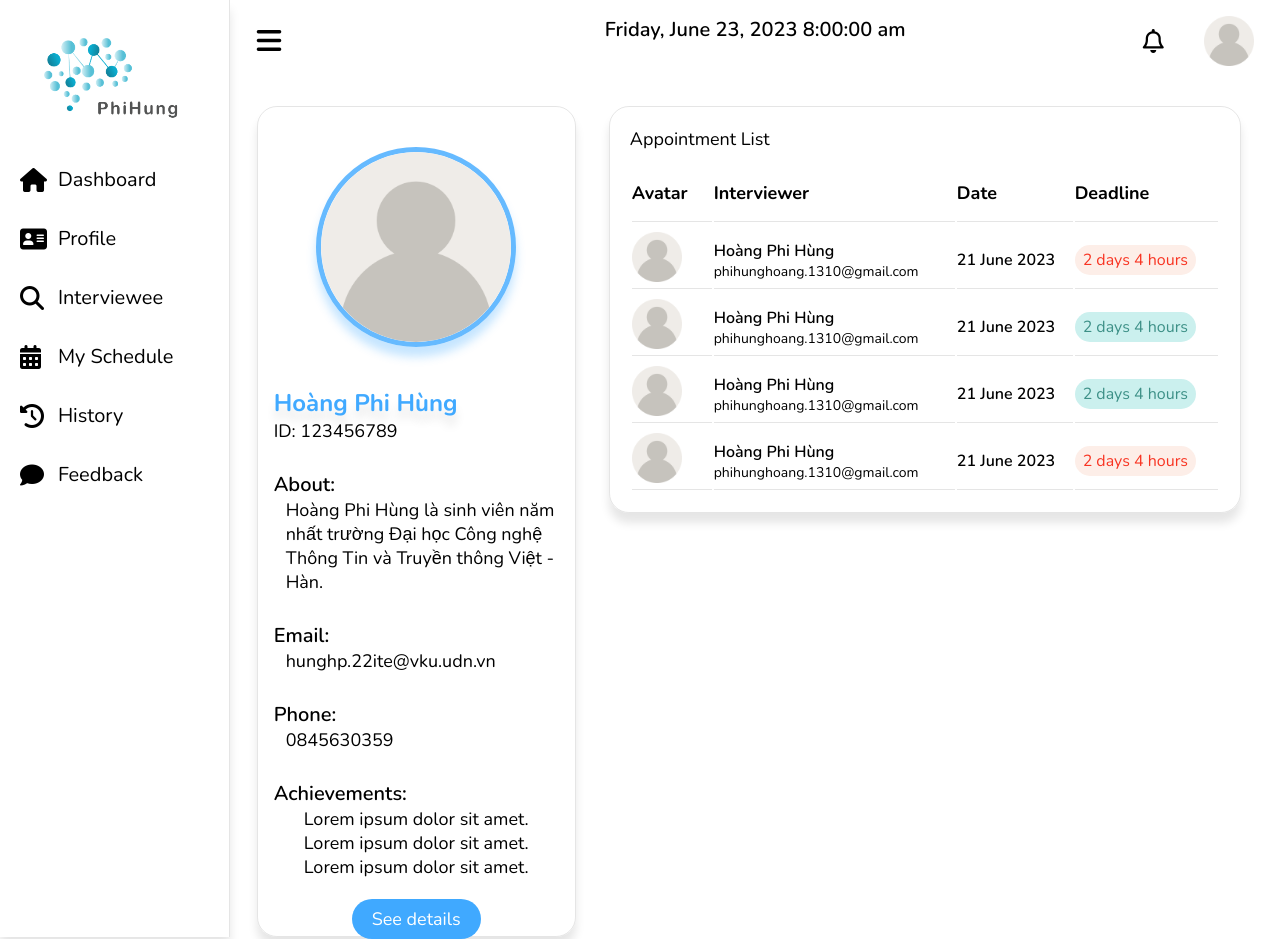
Repository: hphihungit/InterviewService
Page: interviewee.html
These files come from the project's save history. The page is drawn as it stood at one moment and after the next save; the edit follows.
The browser window is 1280 px wide. The pictures show the whole page.

Above is the page before, as saved 2023-06-01 01:09:54.

### interviewee.html
<!DOCTYPE html>
<html lang="en">
<head>
    <meta charset="UTF-8">
    <meta http-equiv="X-UA-Compatible" content="IE=edge">
    <meta name="viewport" content="width=device-width, initial-scale=1.0">
    <title>Document</title>
    <link rel="stylesheet" href="assets/css/grid.css">
    <link rel="stylesheet" href="assets/css/base.css">
    <link rel="stylesheet" href="https://cdnjs.cloudflare.com/ajax/libs/font-awesome/6.4.0/css/all.min.css" integrity="sha512-iecdLmaskl7CVkqkXNQ/ZH/XLlvWZOJyj7Yy7tcenmpD1ypASozpmT/E0iPtmFIB46ZmdtAc9eNBvH0H/ZpiBw==" crossorigin="anonymous" referrerpolicy="no-referrer"/>
    <link rel="preconnect" href="https://fonts.googleapis.com">
    <link rel="preconnect" href="https://fonts.gstatic.com" crossorigin>
    <link href="https://fonts.googleapis.com/css2?family=Nunito:wght@200;300;400;500;600;700;800;900;1000&display=swap" rel="stylesheet">
    <link rel="stylesheet" href="assets/css/interviewee.css">
</head>
<body>
    <div id="main">
        <div class="dashboard">
            <div class="dashboard__logo"></div>
            <ul class="dashboard__list">
                <li class="dashboard__item">
                    <a href="" class="icon__link">
                        <i class="fa-solid fa-house"></i>
                    </a>
                    <a href="" class="link">Dashboard</a>
                </li>
                <li class="dashboard__item">
                    <a href="" class="icon__link">
                        <i class="fa-solid fa-address-card"></i>
                    </a>
                    <a href="" class="link">Profile</a>
                </li>
                <li class="dashboard__item">
                    <a href="" class="icon__link">
                        <i class="fa-solid fa-magnifying-glass"></i>
                    </a>
                    <a href="" class="link">Interviewee</a>
                </li>
                <li class="dashboard__item">
                    <a href="" class="icon__link">
                        <i class="fa-solid fa-calendar-days"></i>
                    </a>
                    <a href="" class="link">My Schedule</a>
                </li>
                <li class="dashboard__item">
                    <a href="" class="icon__link">
                        <i class="fa-solid fa-clock-rotate-left"></i>
                    </a>
                    <a href="" class="link">History</a>
                </li>
                <li class="dashboard__item">
                    <a href="" class="icon__link">
                        <i class="fa-solid fa-comment"></i>
                    </a>
                    <a href="" class="link">Feedback</a>
                </li>
            </ul>
        </div>

        <div class="container">
            <div class="header">
                <div class="header__icon">
                    <label class="fa-solid fa-bars header__label"></label>
                </div>

                <div class="header__time">
                    Friday, June 23, 2023 8:00:00 am
                </div>

                <div class="header__news">
                    <label class="fa-regular fa-bell header__label--bell"></label>
                    <div class="header__avatar">
                        <img src="assets/img/user.png" alt="">
                    </div>
                </div>
            </div>

            <div class="about">
                <div class="cv">
                    <div class="cv__avatar">
                        <img src="assets/img/user.png" alt="">
                    </div>

                    <div class="cv__name">
                        <p class="cv__name--interviewee">Hoàng Phi Hùng</p>
                        <p class="cv__id">ID: 123456789</p>
                    </div>

                    <div class="cv__about">
                        <p class="cv__about--title">About: </p>
                        <p class="cv__about--content">
                            Hoàng Phi Hùng là sinh viên năm nhất trường Đại học Công nghệ Thông Tin và Truyền thông Việt - Hàn.
                        </p>
                    </div>

                    <div class="cv__email">
                        <p class="cv__email--title">Email: </p>
                        <p class="cv__email--content">hunghp.22ite@vku.udn.vn</p>
                    </div>

                    <div class="cv__phone">
                        <p class="cv__phone--title">Phone: </p>
                        <p class="cv__phone--content">0845630359</p>
                    </div>

                    <div class="cv__info">
                        <p class="cv__info--title">Achievements: </p>
                        <ul class="cv__info--list">
                            <li class="cv__info--item">Lorem ipsum dolor sit amet.</li>
                            <li class="cv__info--item">Lorem ipsum dolor sit amet.</li>
                            <li class="cv__info--item">Lorem ipsum dolor sit amet.</li>
                        </ul>
                    </div>

                    <div class="cv__all">
                        <a href="" class="btn--cv--all">See details</a>
                    </div>
                </div>

                <div class="info">
                    <div class="appointment">
                        <div class="appointment__title">
                            Appointment List
                        </div>

                        <table>
                            <thead>
                                <th>Avatar</th>
                                <th>Interviewer</th>
                                <th>Date</th>
                                <th>Deadline</th>
                            </thead>

                            <tbody>
                                <tr>
                                    <td>
                                        <img src="assets/img/user.png" alt="">
                                    </td>
                                    <td>
                                        <p class="name">Hoàng Phi Hùng</p>
                                        <p class="email">phihunghoang.1310@gmail.com</p>
                                    </td>
                                    <td>
                                        <span class="date">21 June 2023</span>
                                    </td>
                                    <td>
                                        <span class="overdue">2 days 4 hours</span>
                                    </td>
                                </tr>
                                <tr>
                                    <td>
                                        <img src="assets/img/user.png" alt="">
                                    </td>
                                    <td>
                                        <p class="name">Hoàng Phi Hùng</p>
                                        <p class="email">phihunghoang.1310@gmail.com</p>
                                    </td>
                                    <td>
                                        <span class="date">21 June 2023</span>
                                    </td>
                                    <td>
                                        <span class="due">2 days 4 hours</span>
                                    </td>
                                </tr>
                                <tr>
                                    <td>
                                        <img src="assets/img/user.png" alt="">
                                    </td>
                                    <td>
                                        <p class="name">Hoàng Phi Hùng</p>
                                        <p class="email">phihunghoang.1310@gmail.com</p>
                                    </td>
                                    <td>
                                        <span class="date">21 June 2023</span>
                                    </td>
                                    <td>
                                        <span class="due">2 days 4 hours</span>
                                    </td>
                                </tr>
                                <tr>
                                    <td>
                                        <img src="assets/img/user.png" alt="">
                                    </td>
                                    <td>
                                        <p class="name">Hoàng Phi Hùng</p>
                                        <p class="email">phihunghoang.1310@gmail.com</p>
                                    </td>
                                    <td>
                                        <span class="date">21 June 2023</span>
                                    </td>
                                    <td>
                                        <span class="overdue">2 days 4 hours</span>
                                    </td>
                                </tr>
                            </tbody>
                        </table>
                    </div>
                </div>
            </div>
        </div>
    </div>
</body>
</html>

### assets/css/grid.css
.grid {
    width: 90%;
    display: block;
    padding: 0;
    margin: 0 auto;
}

.row {
    display: flex;
    flex-wrap: wrap;
    margin-left: -4px;
    margin-right: -4px;
}

.row.no-gutters {
    margin-left: 0;
    margin-right: 0;
}

.col {
    padding-left: 4px;
    padding-right: 4px;
}

.row.no-gutters .col {
    padding-left: 0;
    padding-right: 0;
}

.c-0 {
    display: none;
}

.c-1 {
    flex: 0 0 8.33333%;
    max-width: 8.33333%;
}

.c-2 {
    flex: 0 0 16.66667%;
    max-width: 16.66667%;
}

.c-3 {
    flex: 0 0 25%;
    max-width: 25%;
}

.c-4 {
    flex: 0 0 33.33333%;
    max-width: 33.33333%;
}

.c-5 {
    flex: 0 0 41.66667%;
    max-width: 41.66667%;
}

.c-6 {
    flex: 0 0 50%;
    max-width: 50%;
}

.c-7 {
    flex: 0 0 58.33333%;
    max-width: 58.33333%;
}

.c-8 {
    flex: 0 0 66.66667%;
    max-width: 66.66667%;
}

.c-9 {
    flex: 0 0 75%;
    max-width: 75%;
}

.c-10 {
    flex: 0 0 83.33333%;
    max-width: 83.33333%;
}

.c-11 {
    flex: 0 0 91.66667%;
    max-width: 91.66667%;
}

.c-12 {
    flex: 0 0 100%;
    max-width: 100%;
}

.c-o-1 {
    margin-left: 8.33333%;
}

.c-o-2 {
    margin-left: 16.66667%;
}

.c-o-3 {
    margin-left: 25%;
}

.c-o-4 {
    margin-left: 33.33333%;
}

.c-o-5 {
    margin-left: 41.66667%;
}

.c-o-6 {
    margin-left: 50%;
}

.c-o-7 {
    margin-left: 58.33333%;
}

.c-o-8 {
    margin-left: 66.66667%;
}

.c-o-9 {
    margin-left: 75%;
}

.c-o-10 {
    margin-left: 83.33333%;
}

.c-o-11 {
    margin-left: 91.66667%;
}

/* >= Tablet */
@media (min-width: 740px) {
    .row {
        margin-left: -8px;
        margin-right: -8px;
    }

    .col {
        padding-left: 8px;
        padding-right: 8px;
    }

    .m-0 {
        display: none;
    }

    .m-1,
    .m-2,
    .m-3,
    .m-4,
    .m-5,
    .m-6,
    .m-7,
    .m-8,
    .m-9,
    .m-10,
    .m-11,
    .m-12 {
        display: block;
    }

    .m-1 {
        flex: 0 0 8.33333%;
        max-width: 8.33333%;
    }

    .m-2 {
        flex: 0 0 16.66667%;
        max-width: 16.66667%;
    }

    .m-3 {
        flex: 0 0 25%;
        max-width: 25%;
    }

    .m-4 {
        flex: 0 0 33.33333%;
        max-width: 33.33333%;
    }

    .m-5 {
        flex: 0 0 41.66667%;
        max-width: 41.66667%;
    }

    .m-6 {
        flex: 0 0 50%;
        max-width: 50%;
    }

    .m-7 {
        flex: 0 0 58.33333%;
        max-width: 58.33333%;
    }

    .m-8 {
        flex: 0 0 66.66667%;
        max-width: 66.66667%;
    }

    .m-9 {
        flex: 0 0 75%;
        max-width: 75%;
    }

    .m-10 {
        flex: 0 0 83.33333%;
        max-width: 83.33333%;
    }

    .m-11 {
        flex: 0 0 91.66667%;
        max-width: 91.66667%;
    }

    .m-12 {
        flex: 0 0 100%;
        max-width: 100%;
    }

    .m-o-1 {
        margin-left: 8.33333%;
    }

    .m-o-2 {
        margin-left: 16.66667%;
    }

    .m-o-3 {
        margin-left: 25%;
    }

    .m-o-4 {
        margin-left: 33.33333%;
    }

    .m-o-5 {
        margin-left: 41.66667%;
    }

    .m-o-6 {
        margin-left: 50%;
    }

    .m-o-7 {
        margin-left: 58.33333%;
    }

    .m-o-8 {
        margin-left: 66.66667%;
    }

    .m-o-9 {
        margin-left: 75%;
    }

    .m-o-10 {
        margin-left: 83.33333%;
    }

    .m-o-11 {
        margin-left: 91.66667%;
    }
}

/* PC medium resolution > */
@media (min-width: 1113px) {
    .row {
        margin-left: -12px;
        margin-right: -12px;
    }

    .row.sm-gutter {
        margin-left: -5px;
        margin-right: -5px;
    }

    .col {
        padding-left: 12px;
        padding-right: 12px;
    }

    .row.sm-gutter .col {
        padding-left: 5px;
        padding-right: 5px;
    }

    .l-0 {
        display: none;
    }

    .l-1,
    .l-2,
    .l-2-4,
    .l-3,
    .l-4,
    .l-5,
    .l-6,
    .l-7,
    .l-8,
    .l-9,
    .l-10,
    .l-11,
    .l-12 {
        display: block;
    }

    .l-1 {
        flex: 0 0 8.33333%;
        max-width: 8.33333%;
    }

    .l-2 {
        flex: 0 0 16.66667%;
        max-width: 16.66667%;
    }

    .l-2-4 {
        flex: 0 0 20%;
        max-width: 20%;
    }

    .l-3 {
        flex: 0 0 25%;
        max-width: 25%;
    }

    .l-4 {
        flex: 0 0 33.33333%;
        max-width: 33.33333%;
    }

    .l-5 {
        flex: 0 0 41.66667%;
        max-width: 41.66667%;
    }

    .l-6 {
        flex: 0 0 50%;
        max-width: 50%;
    }

    .l-7 {
        flex: 0 0 58.33333%;
        max-width: 58.33333%;
    }

    .l-8 {
        flex: 0 0 66.66667%;
        max-width: 66.66667%;
    }

    .l-9 {
        flex: 0 0 75%;
        max-width: 75%;
    }

    .l-10 {
        flex: 0 0 83.33333%;
        max-width: 83.33333%;
    }

    .l-11 {
        flex: 0 0 91.66667%;
        max-width: 91.66667%;
    }

    .l-12 {
        flex: 0 0 100%;
        max-width: 100%;
    }

    .l-o-1 {
        margin-left: 8.33333%;
    }

    .l-o-2 {
        margin-left: 16.66667%;
    }

    .l-o-3 {
        margin-left: 25%;
    }

    .l-o-4 {
        margin-left: 33.33333%;
    }

    .l-o-5 {
        margin-left: 41.66667%;
    }

    .l-o-6 {
        margin-left: 50%;
    }

    .l-o-7 {
        margin-left: 58.33333%;
    }

    .l-o-8 {
        margin-left: 66.66667%;
    }

    .l-o-9 {
        margin-left: 75%;
    }

    .l-o-10 {
        margin-left: 83.33333%;
    }

    .l-o-11 {
        margin-left: 91.66667%;
    }
}

/* Tablet - PC low resolution */
@media (min-width: 740px) and (max-width: 1023px) {
    .wide {
        width: 644px;
    }
}

/* > PC low resolution */
@media (min-width: 1024px) and (max-width: 1239px) {
    .wide {
        width: 984px;
    }

    .wide .row {
        margin-left: -12px;
        margin-right: -12px;
    }

    .wide .row.sm-gutter {
        margin-left: -5px;
        margin-right: -5px;
    }

    .wide .col {
        padding-left: 12px;
        padding-right: 12px;
    }

    .wide .row.sm-gutter .col {
        padding-left: 5px;
        padding-right: 5px;
    }

    .wide .l-0 {
        display: none;
    }

    .wide .l-1,
    .wide .l-2,
    .wide .l-2-4,
    .wide .l-3,
    .wide .l-4,
    .wide .l-5,
    .wide .l-6,
    .wide .l-7,
    .wide .l-8,
    .wide .l-9,
    .wide .l-10,
    .wide .l-11,
    .wide .l-12 {
        display: block;
    }

    .wide .l-1 {
        flex: 0 0 8.33333%;
        max-width: 8.33333%;
    }

    .wide .l-2 {
        flex: 0 0 16.66667%;
        max-width: 16.66667%;
    }

    .wide .l-2-4 {
        flex: 0 0 20%;
        max-width: 20%;
    }

    .wide .l-3 {
        flex: 0 0 25%;
        max-width: 25%;
    }

    .wide .l-4 {
        flex: 0 0 33.33333%;
        max-width: 33.33333%;
    }

    .wide .l-5 {
        flex: 0 0 41.66667%;
        max-width: 41.66667%;
    }

    .wide .l-6 {
        flex: 0 0 50%;
        max-width: 50%;
    }

    .wide .l-7 {
        flex: 0 0 58.33333%;
        max-width: 58.33333%;
    }

    .wide .l-8 {
        flex: 0 0 66.66667%;
        max-width: 66.66667%;
    }

    .wide .l-9 {
        flex: 0 0 75%;
        max-width: 75%;
    }

    .wide .l-10 {
        flex: 0 0 83.33333%;
        max-width: 83.33333%;
    }

    .wide .l-11 {
        flex: 0 0 91.66667%;
        max-width: 91.66667%;
    }

    .wide .l-12 {
        flex: 0 0 100%;
        max-width: 100%;
    }

    .wide .l-o-1 {
        margin-left: 8.33333%;
    }

    .wide .l-o-2 {
        margin-left: 16.66667%;
    }

    .wide .l-o-3 {
        margin-left: 25%;
    }

    .wide .l-o-4 {
        margin-left: 33.33333%;
    }

    .wide .l-o-5 {
        margin-left: 41.66667%;
    }

    .wide .l-o-6 {
        margin-left: 50%;
    }

    .wide .l-o-7 {
        margin-left: 58.33333%;
    }

    .wide .l-o-8 {
        margin-left: 66.66667%;
    }

    .wide .l-o-9 {
        margin-left: 75%;
    }

    .wide .l-o-10 {
        margin-left: 83.33333%;
    }

    .wide .l-o-11 {
        margin-left: 91.66667%;
    }
}

### assets/css/base.css
:root {
    --white-color: #fff;
    --black-color: #000;
    --blue-color : #40a9ff;
    --text-color: #8f8f8f;
    --scale: 1px;
}

* {
    padding: 0;
    margin: 0;
    box-sizing: border-box;
    text-decoration: none;
    list-style-type: none;
}

html, body {
    font-size: 18px;
    font-family: 'Nunito', sans-serif;
    scroll-behavior: smooth;
}

### assets/css/interviewee.css
#main {
    width: 100%;
    display: flex;
}

.dashboard {
    width: 18%;
    min-height: 0;
    border-right: 1px solid rgba(0, 0, 0, 0.1);
    box-shadow: 0 10px 10px rgba(0, 0, 0, 0.1);
}

.dashboard__logo {
    width: 100%;
    height: 150px;
    background-image: url('../img/logo.png');
    background-repeat: no-repeat;
    background-size: 50%;
    background-size: 62%;
    background-position: 50% 85%;
}

.dashboard__list {
    width: 100%;
}

.dashboard__item {
    border-radius: 25px 0 0 25px;
    display: flex;
    width: 100%;
    padding: 0px 20px;
}

.dashboard__item:hover {
    background-color: var(--blue-color);
}

.dashboard__item:hover .link,
.dashboard__item:hover .icon__link {
    color: #fff;
}

.icon__link {
    display: flex;
    align-items: center;
    width: 20%;
    font-size: 24px;
    color: #000;
}

.link {
    display: inline-block;
    width: 80%;
    font-size: 20px;
    padding: 16px 0px;
    color: #000;
}

.container {
    width: 82%;
}

.header {
    width: 95%;
    margin: 0 auto;
    display: flex;
    justify-content: space-between;
    margin-top: 16px;
}

.header__icon {
    width: 32%;
    display: flex;
    justify-content: space-between;
    align-items: center;
}

.header__label {
    font-size: 28px;
}

.header__time {
    width: 32%;
    text-align: center;
    font-size: 20px;
    font-weight: 600;
}

.header__news {
    width: 32%;
    display: flex;
    justify-content: flex-end;
    align-items: center;
}

.header__label--bell {
    font-size: 24px;
    position: relative;
    padding-right: 40px;
}

.header__avatar {
    display: flex;
    justify-content: flex-end;
    align-items: center;
}

.header__avatar img {
    width: 50px;
    height: 50px;
}

.about {
    display: flex;
    justify-content: space-between;
    width: 95%;
    margin: 0 auto;
    margin-top: 40px;
}

.cv {
    width: 32%;
    max-height: 831px;
    border: 1px solid rgba(0, 0, 0, 0.1);
    border-radius: 20px;
    box-shadow: 0 10px 10px rgba(0, 0, 0, 0.1);
    padding: 0px 16px;
}

.cv__avatar {
    width: 100%;
    display: flex;
    justify-content: center;
    align-items: center;
    padding: 20px 0px;
    padding-top: 40px;
}

.cv__avatar img {
    width: 200px;
    height: 200px;
    border: 5px solid rgba(64, 169, 255, 0.8);
    border-radius: 50%;
    box-shadow: 0 10px 10px rgba(64, 169, 255, 0.3);;
}

.cv__name,
.cv__about,
.cv__email,
.cv__phone,
.cv__info {
    width: 100%;
    margin-top: 20px;
    margin-bottom: 28px;
}

.cv__name--interviewee {
    font-size: 24px;
    font-weight: 700;
    text-shadow: 0 10px 10px rgba(0, 0, 0, 0.1);
    color: var(--blue-color);
}

.cv__about--title,
.cv__email--title,
.cv__phone--title,
.cv__info--title {
    font-size: 20px;
    font-weight: 600;
}

.cv__about--content,
.cv__email--content,
.cv__phone--content {
    padding-left: 12px;
}

.cv__info--item {
    text-align: center;
}

.cv__all {
    width: 90%;
    margin: 0 auto;
    margin-bottom: 20px;
    text-align: center;
}

.btn--cv--all {
    padding: 8px 20px;
    border-radius: 20px;
    background-color: var(--blue-color);
    color: #fff;
}

.btn--cv--all:hover {
    opacity: 0.8;
}

.info {
    width: 66%;
}

.appointment {
    width: 96%;
    margin: 0 auto;
    border: 1px solid rgba(0, 0, 0, 0.1);
    box-shadow: 0 10px 10px rgba(0, 0, 0, 0.1);
    border-radius: 20px;
    padding: 20px;
}

table {
    width: 100%;
    margin-top: 28px;
}

th {
    text-align: left;
    padding-right: 12px;
    padding-bottom: 16px;
    border-bottom: 1px solid rgba(0, 0, 0, 0.1);
}

td {
    padding-top: 8px;
    font-size: 16px;
    border-bottom: 1px solid rgba(0, 0, 0, 0.1);
}

td img {
    width: 50px;
    height: 50px;
}

.date,
.name {
    font-weight: 600;
}

.email {
    font-size: 14px;
}

.due {
    background-color: #cbf0ee;
    color: #3d9087;
    padding: 4px 8px;
    border-radius: 20px;
}

.overdue {
    background-color: #fdeee8;
    color: #f83422;
    padding: 4px 8px;
    border-radius: 20px;
}

After the next save:
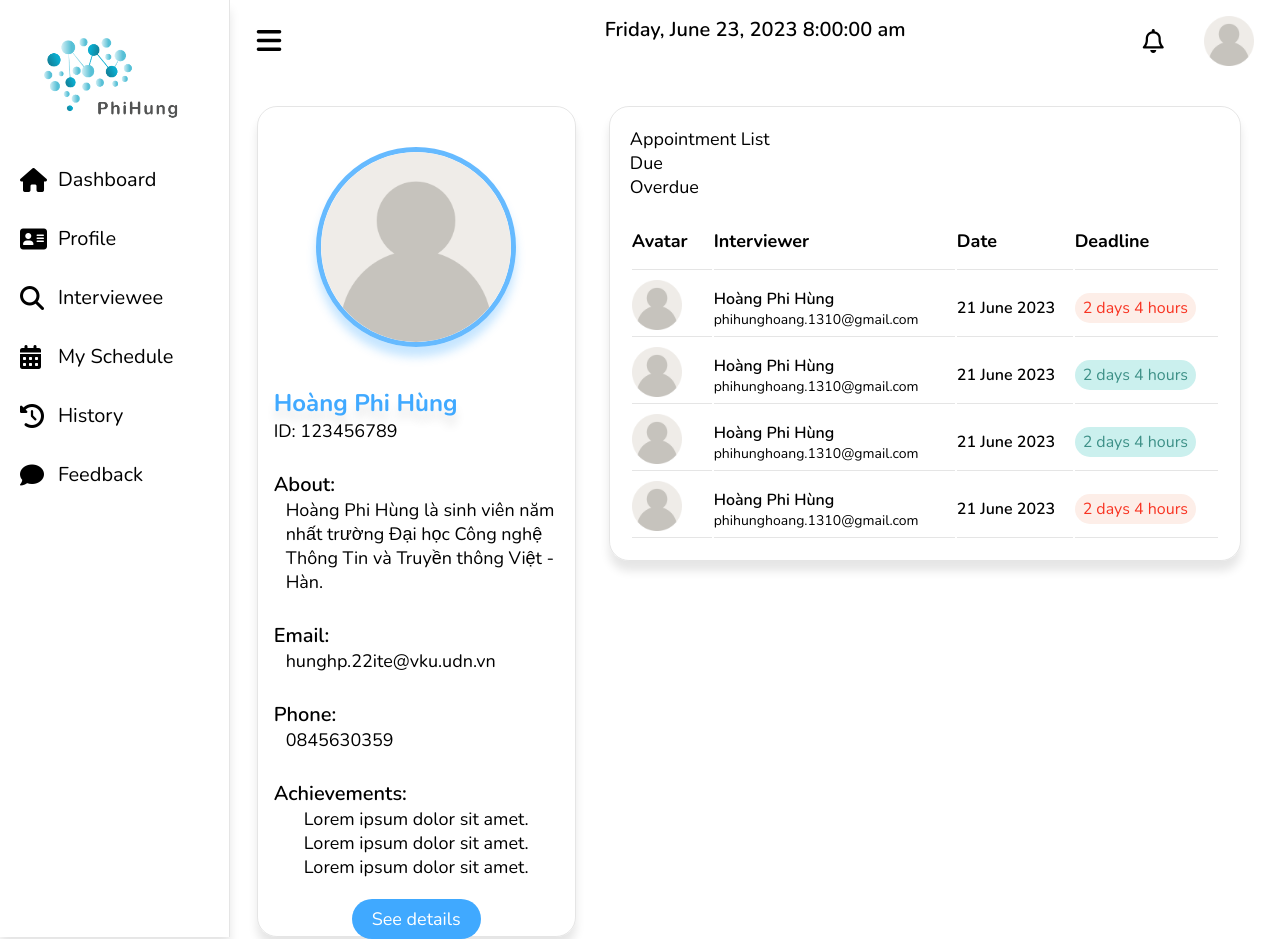
Saved 72 s later.
--- a/interviewee.html
+++ b/interviewee.html
@@ -121,6 +121,10 @@
                     <div class="appointment">
                         <div class="appointment__title">
                             Appointment List
+                            <div class="note">
+                                <div class="note__due">Due</div>
+                                <div class="note__overdue">Overdue</div>
+                            </div>
                         </div>
 
                         <table>
